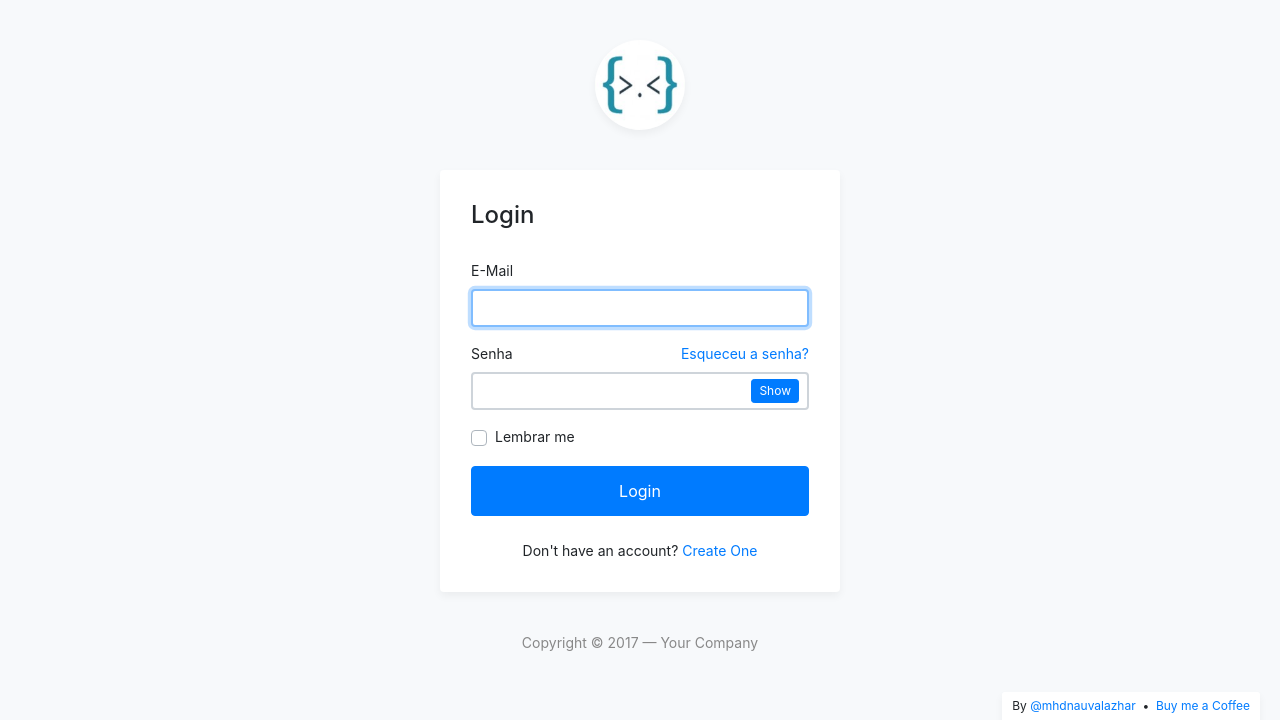
Repository: henrickrufino91/AgendaConsultas
Page: http://localhost/home/login
These files come from the project's save history. The page is drawn as it stood at one moment and after the next save; the edit follows.
The browser window is 1280 px wide. The pictures show the whole page.
The page is this project's Thymeleaf template; nobody is signed in. The template is opened directly, without the code that normally fills it, so the values that code supplies are empty.

Above is the page before, as saved 2024-12-26 13:09:48.

After the next save:
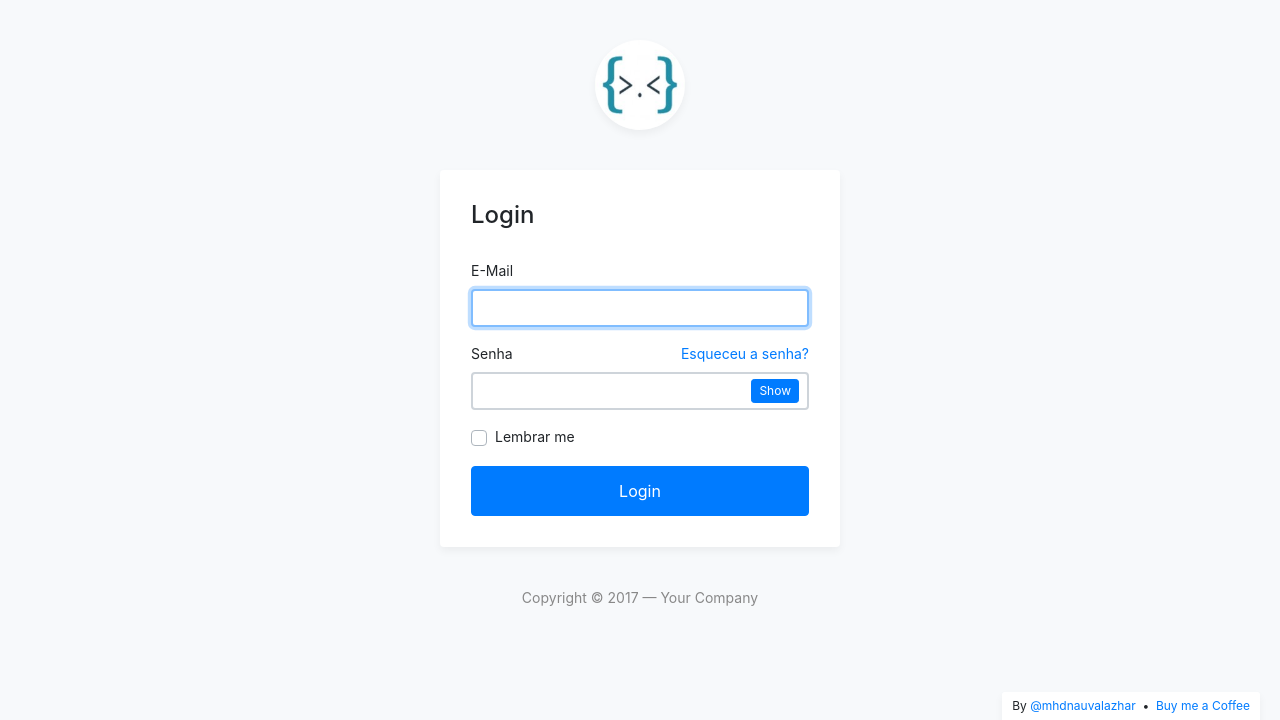
Saved 10 s later.
--- a/clinica/src/main/resources/templates/home/login.html
+++ b/clinica/src/main/resources/templates/home/login.html
@@ -53,9 +53,7 @@
 										Login
 									</button>
 								</div>
-								<div class="mt-4 text-center">
-									Don't have an account? <a href="register.html">Create One</a>
-								</div>
+
 							</form>
 						</div>
 					</div>
